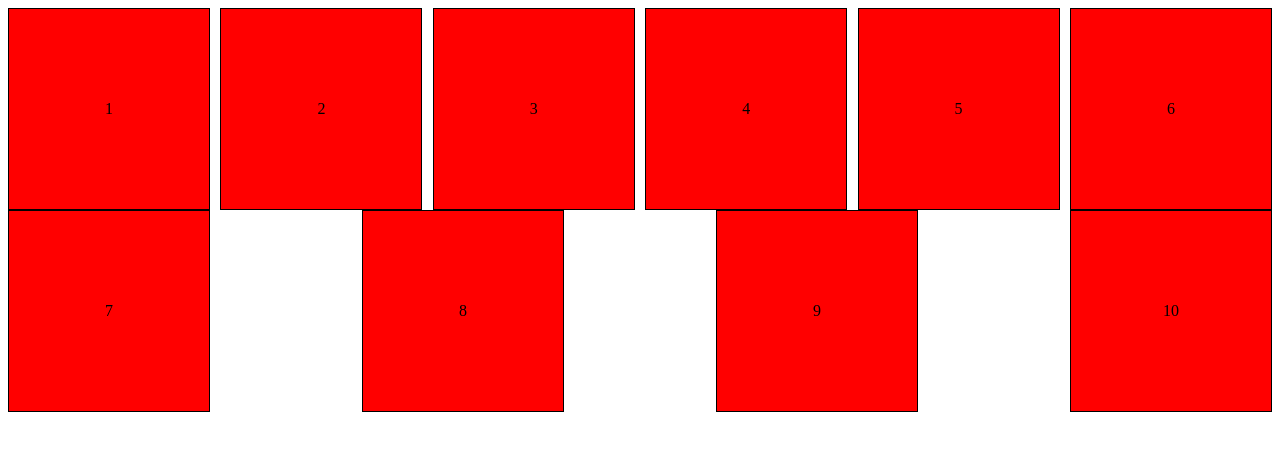
Repository: wonjunknag/kakao-clone
Page: 05-flex/index.html
The author's editor kept a copy of each file at every save. The page is drawn from the files as they stood at one save, then again after the next save.
The browser window is 1280 px wide. The pictures show the whole page.

Above is the page before, as saved 2020-07-05 07:41:37.

After the next save:
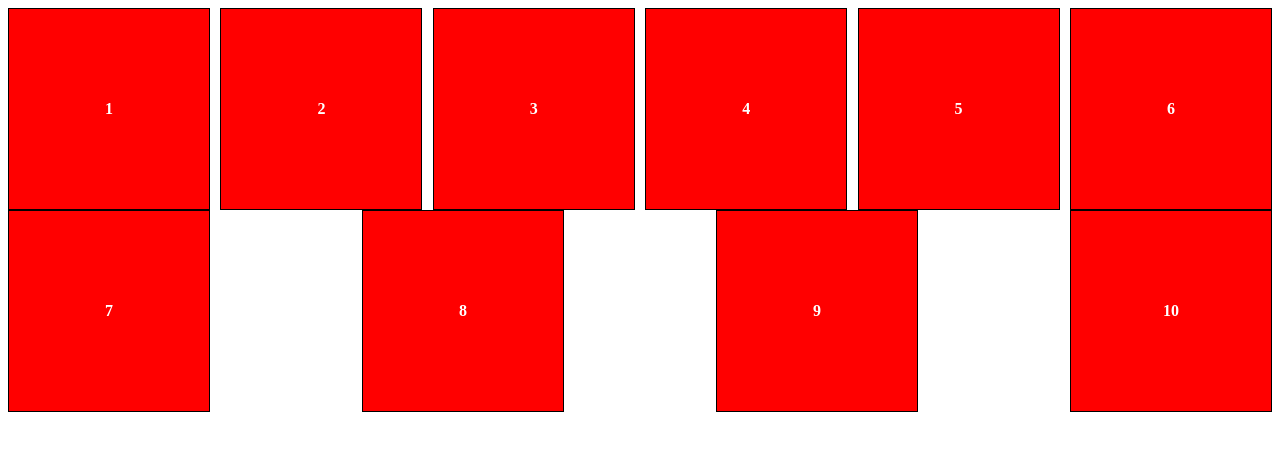
Saved 4 s later.
--- a/05-flex/index.html
+++ b/05-flex/index.html
@@ -22,7 +22,7 @@
         display: flex;
         justify-content: center;
         align-items: center;
-        color:white
+        color: white;
         font-weight: bold;
       }
     </style>
